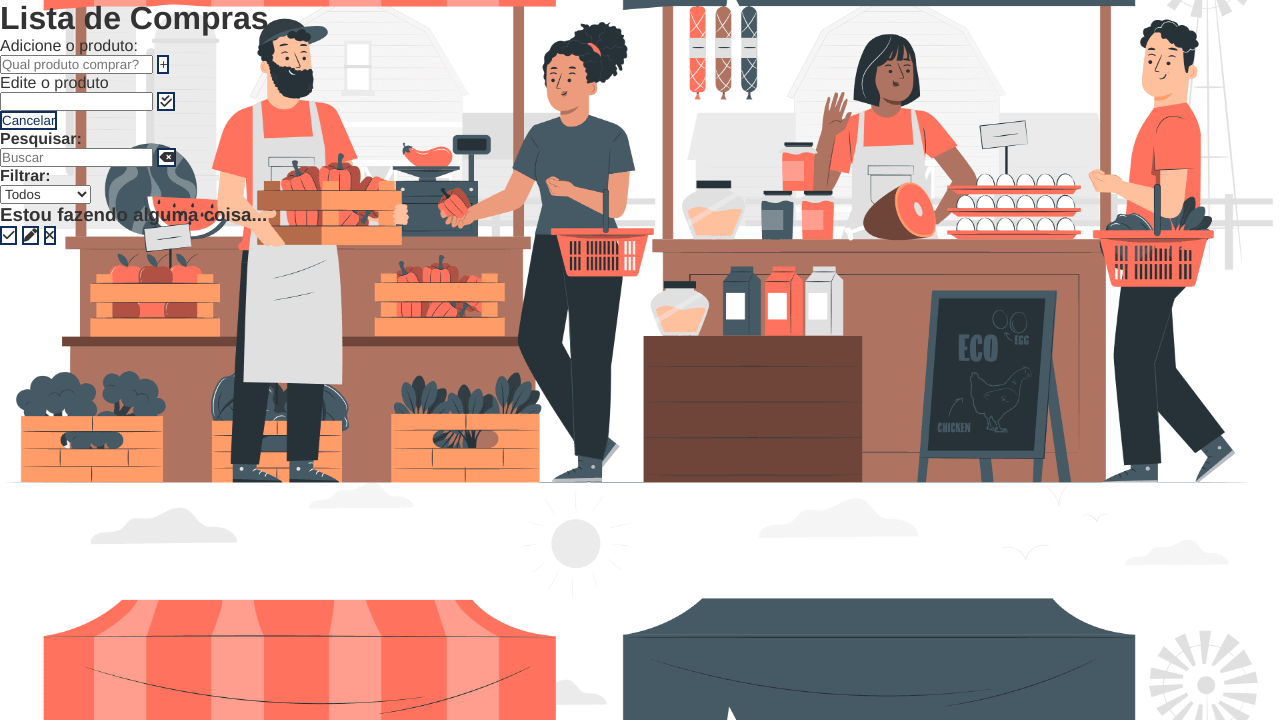
Repository: Dkrvalho/mercado
Page: index.html
These files come from the project's save history. The page is drawn as it stood at one moment and after a run of saves; the edit follows.
The browser window is 1280 px wide. The pictures show the whole page.

Above is the page before, as saved 2023-01-09 12:40:20.

After the next 4 saves:
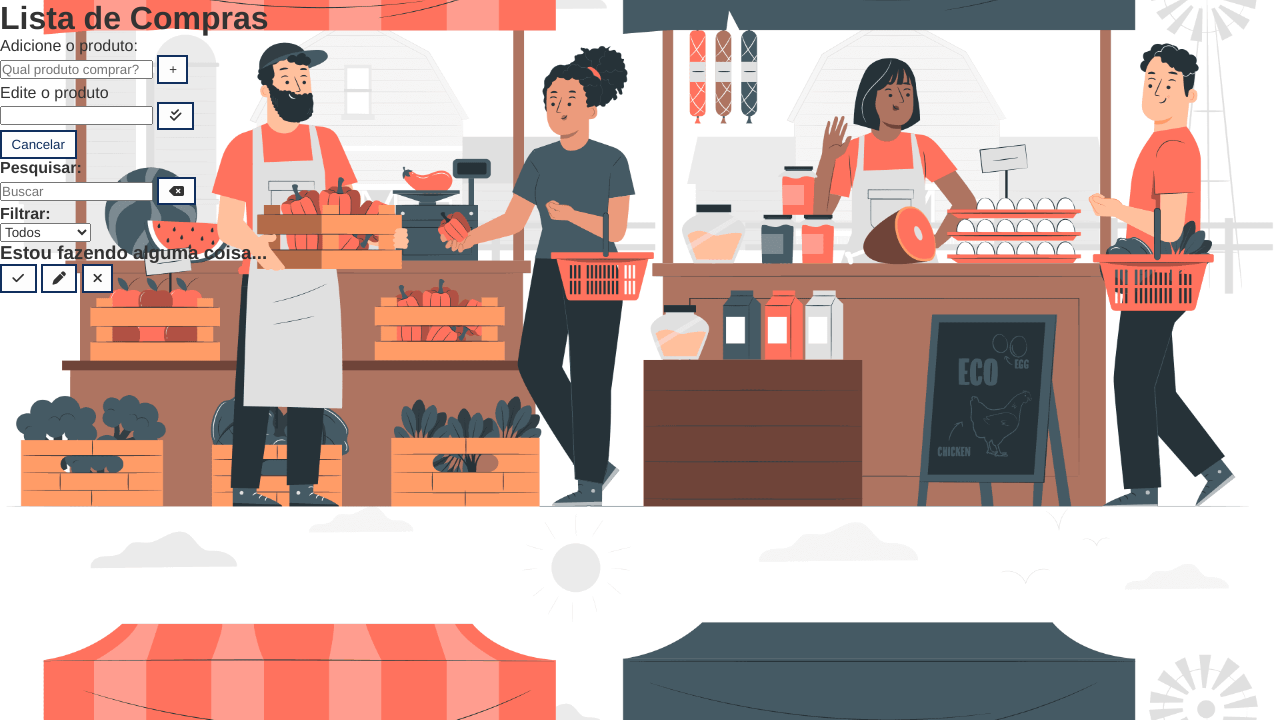
The 4 saves are shown as one change because they came seconds apart.
The last was saved 16 s later.
--- a/css/style.css
+++ b/css/style.css
@@ -17,5 +17,5 @@ button {
     background-color: #fdfdfd;
     color: #102f5e;
     border: 2px solid #102f5e;
-
+    padding: .3rem .6rem;
 }
